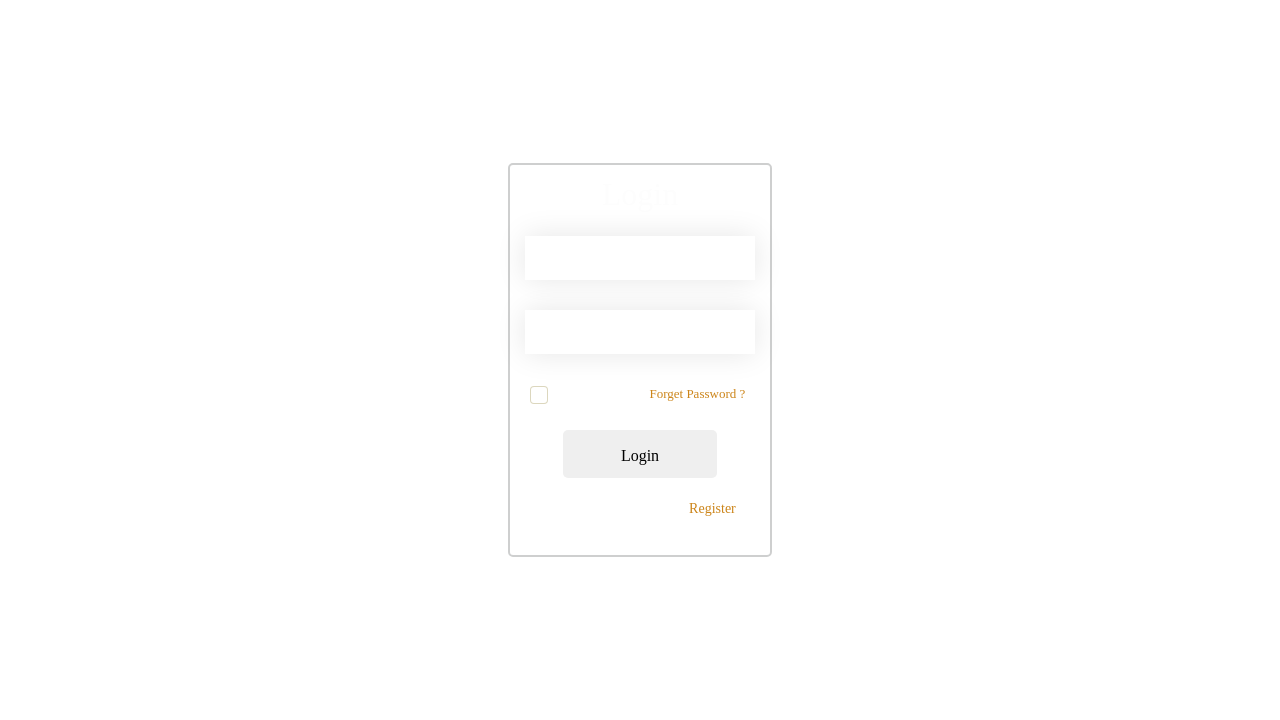
Repository: shailesh89-art/E-tutor-springboot-hibernate
Page: http://localhost/TUTOR_INVENTOR_1/pages/login_parent.jsp
The author's editor kept a copy of each file at every save. The page is drawn from the files as they stood at one save, then again after the next save.
The browser window is 1280 px wide. The pictures show the whole page.
Some web fonts or font styles are not loaded; a fallback is used. The page is served by Tomcat 9. Other server files are loaded and not shown.

Above is the page before, as saved 2023-05-04 11:05:39.
Not found: TUTOR_INVENTOR_1/TUTOR_INVENTOR_1/imgs/background2.jpg

### TUTOR_INVENTOR_1/src/main/webapp/pages/login_parent.jsp
<%@ page language="java" contentType="text/html; charset=ISO-8859-1"
    pageEncoding="ISO-8859-1"%>
    <%@ taglib prefix="c" uri="http://java.sun.com/jsp/jstl/core" %>

<!DOCTYPE html>
<html lang="en">
<head>
    <meta charset="UTF-8">
    <meta http-equiv="X-UA-Compatible" content="IE=edge">
    <meta name="viewport" content="width=device-width, initial-scale=1.0">
    <link href="https://cdn.jsdelivr.net/npm/bootstrap@5.3.0-alpha3/dist/css/bootstrap.min.css" rel="stylesheet" integrity="sha384-KK94CHFLLe+nY2dmCWGMq91rCGa5gtU4mk92HdvYe+M/SXH301p5ILy+dN9+nJOZ" crossorigin="anonymous">
    <link href='https://unpkg.com/boxicons@2.1.4/css/boxicons.min.css' rel='stylesheet'>

    <style>
    @charset "ISO-8859-1";
@import url('https://fonts.googleapis.com/css2?family=Castoro+Titling&display=swap');
*{
    margin: 0;
    padding: 0;
    box-sizing: border-box;
    font-family: 'Castoro Titling', cursive;
}

.row{
    --bs-gutter-x:0rem;
}

section{
    min-height: 100vh;
    display: flex;
    justify-content: center;
    align-items: center;
    background:url(../imgs/background2.jpg);
    background-repeat: no-repeat;
    background-position: center center;
    background-size: cover;
    animation: ani1 10s infinite linear;

}
@keyframes ani1 {
    100%{
        filter: hue-rotate(360deg);
    }
}

.box_container{
    /* background: #ccc; */
    padding: 10px 15px;
    border: 2px solid rgba(136, 134, 134, 0.396);
    border-radius: 5px;
    background: transparent;
    backdrop-filter: blur(5px);
    color: #fff;


}
.box_container form{
    width: 100%;
    height: 100%;
    display: flex;
    flex-direction: column;
    align-items: center;
    justify-content: center;

}
.box_container form .title{
    color: rgb(253, 253, 253);
    display: flex;
    align-items: center;
    justify-content: center;
}
.box_container form .input_box{
    margin: 15px 0;
    position: relative;
}

.box_container form .input_box .input{
    border: none;
    outline: none;
    background: transparent;
    padding: 10px 15px;
    box-shadow: 0 0 30px rgba(0, 0, 0, 0.1);
}
.box_container form .input_box .label{
    position: absolute;
    left: 10px ;
    top: 13px;
    pointer-events: none;
    transition: all 0.3s linear;

}
.box_container form .input_box .icon{
    position: absolute;
    font-size: 28px;
    right: -10px;
    top: 10%;
    transform: translateX(-58%);
    transition: all 0.3s linear;

}

.input_box .input:focus ~ .label,
.input_box .input:valid ~ .label{
    top: -16px;
    left: 1px;
    color: rgb(12, 179, 179);
}

.input_box .input:focus ~ .icon,
.input_box .input:valid ~ .icon{
    color: rgb(12, 179, 179);
}

.input_box .input:focus{
    color: rgb(12, 179, 179);
}

.remember{
    margin: 10px 0;
    padding: 5px ;
    display: flex;
    flex-direction: row;
    gap: 15px;
    font-size: 14px;
}

.remember .checkbox{
    --background: #fff;
    --border: #D1D6EF;
    --border-hover: #BBC1E1;
    --border-active: #1E2235;
    --tick: #FFF;
    display: flex;
    position: relative;
    justify-content: center;
    align-items: center;
    gap: 10px;
}
.remember .checkbox input,
.remember .checkbox svg{
    width: 18px ;
    height:18px;
    display: block;

}
.remember .checkbox input{
    -webkit-appearance: none;
    -moz-appearance: none;
    position: relative;
    outline: none;
    background: var(---background);
    border: none;
    margin: 0;
    padding: 0;
    cursor: pointer;
    border-radius: 4px;
    transition: box-shadow 0.3s;
    box-shadow: inset 0 0 0 var(--s,1px) var(--b,var(--border));

}
.remember .checkbox input:hover{
    --s:2px;
    --b: var(--border-hover)
}
.remember .checkbox input:checked{
    --b:var(--border-active)
}
svg{
    pointer-events: none;
    fill: none;
    stroke-width: 2px;
    stroke-linecap: round;
    stroke: var(--stroke,var(--border-active));
    position: absolute;
    top: 0;
    left: 0;
    width: 17px;
    height: 17px;
    transform: scale(var(--scale,1)) translateZ(0);

}

.path input:checked{
    --s:3px;
    transition-delay: 0.4s;

}

.path input:checked + svg{
    --a:16.1 86.12;
    --o:102.22;
}

.path svg{
    stroke-dasharray: var(--a,86.12);
    stroke-dashoffset: var(--o,86.12);
    transition: stroke-dashoffset 0.6s, stroke-dasharray 0.6s;

}


.remember a{
    text-decoration: none;
    color: rgb(77,148, 255);
    font-size: 13px;
    margin-left: 15px;
}
button{
    outline: none;
    border: none;
    padding: 14px 15px 10px 15px;
    width: 50%;
    display: flex;
    justify-content: center;
    align-items: center;
    border-radius: 5px;
    margin: 10px 0;
    transition: background 2s linear;
    position: relative;
}
button::before{
    position: absolute;
    content: '';
    width: 100%;
    height: 100%;
    z-index: 800;
    opacity: 0;
    display: flex;
    justify-content: center;
    align-items: center;
}
button:hover::before{
    animation:  ani2 infinite 2s cubic-bezier(0.79,0.33,0.14,0.53);
}
@keyframes ani2 {
    100%{
        opacity: 1;
        content: 'Login';
    }
    50%{
        box-shadow: 0 -1px 15px 1px rgb(25, 167, 160);
    }

    0%{
        z-index: 0;
        content: 'Login';
        background: rgb(49, 225, 231);
        box-shadow: 1px 1px 25px 2px rgb(1, 161, 153);
    }
}

button:hover{
    box-shadow: 0 -1px 10px 1px rgb(25, 167, 160);
}

.register_link{
    font-size: 14px;
    padding: 10px 15px;
    display: flex;
    align-items: center;
    justify-content: center;
    gap: 15px;

}

.register_link a{
    text-decoration: none;
    margin-left: 10px;
    color: rgb(77,148, 255);
}
    </style>
    <title>Login Parent</title>
</head>
<body>
   <section>
    <div class="box_container row">
        <form action="loginvalidparent" method="post" autocomplete="off">
            <c:if test="${not empty error}">
                <script>
                   alert("${error}");
                </script>
             </c:if>
            <h2 class="title col-12">
                Login
            </h2>
            <div class="input_box col-12">
                <input type="text" class="input" name="email" required>
                <label  class="label">Email</label>
                <div class="icon">
                    <i class='bx bx-envelope'></i>
                </div>
            </div>
            <div class="input_box col-12">
                <input type="text" class="input" name="pass" required>
                <label  class="label">Password</label>
                <div class="icon">
                    <i class='bx bx-key' ></i>
                </div>
            </div>
            <div class="remember col-12">
                <label class="checkbox path">
                    <input type="checkbox">
                            Remember

                    <svg viewBox="0 0 21 21">
                        <path d="M5,10.75 L8.5,14.25 L19.4,2.3 C18.8333333,1.43333333 18.0333333,1 17,1 L4,1 C2.35,1 1,2.35 1,4 L1,17 C1,18.65 2.35,20 4,20 L17,20 C18.65,20 20,18.65 20,17 L20,7.99769186"></path>

                    </svg>
                </label>
                <a href="forgotpasswordparent">
                    Forget Password ?
                </a>
            </div>
            <button type="submit" class="col-8">Login</button>
            <div class="register_link col-12">
                <p>
                    Dont have an account ?
                    <a href="/reg_parent">Register</a>
                </p>
            </div>
        </form>
    </div>

</section>



    <script src="https://cdn.jsdelivr.net/npm/bootstrap@5.3.0-alpha3/dist/js/bootstrap.min.js" integrity="sha384-Y4oOpwW3duJdCWv5ly8SCFYWqFDsfob/3GkgExXKV4idmbt98QcxXYs9UoXAB7BZ" crossorigin="anonymous"></script>

</body>
</html>

After the next save:
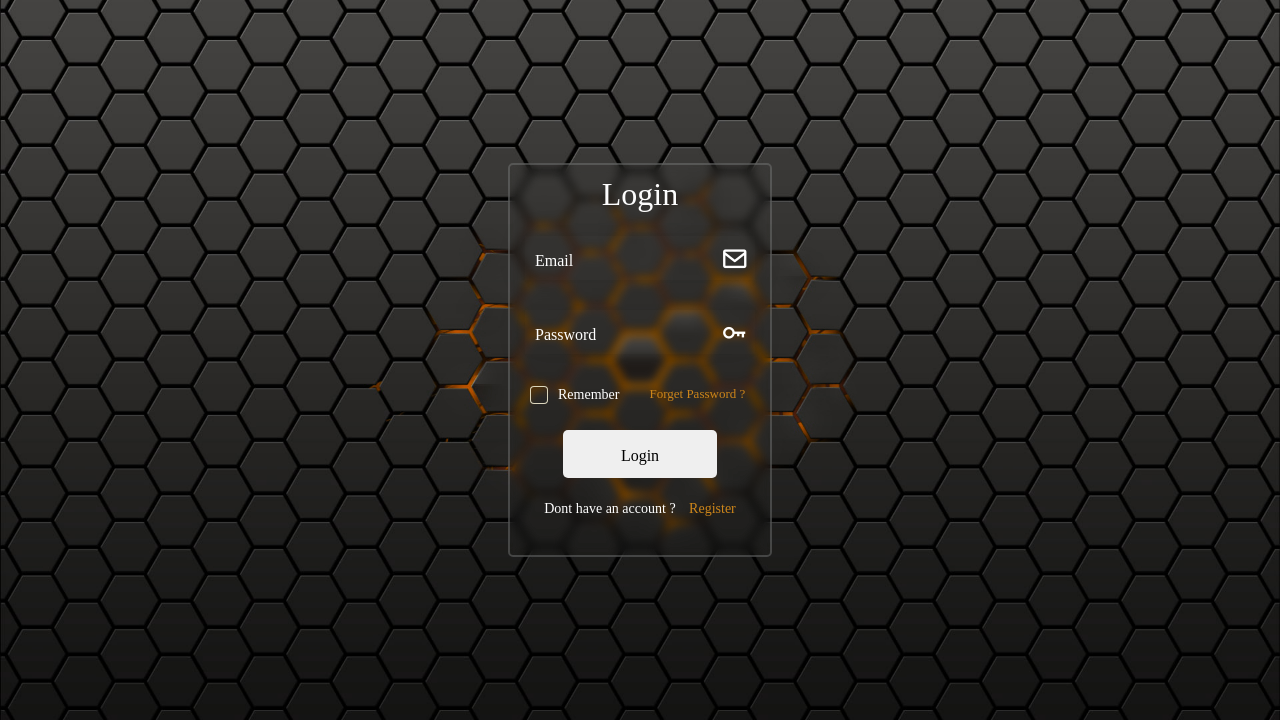
Saved 36 s later.
--- a/TUTOR_INVENTOR_1/src/main/webapp/pages/login_parent.jsp
+++ b/TUTOR_INVENTOR_1/src/main/webapp/pages/login_parent.jsp
@@ -30,7 +30,7 @@ section{
     display: flex;
     justify-content: center;
     align-items: center;
-    background:url(../imgs/background2.jpg);
+    background:url(../Assets/imgs/background2.jpg);
     background-repeat: no-repeat;
     background-position: center center;
     background-size: cover;
